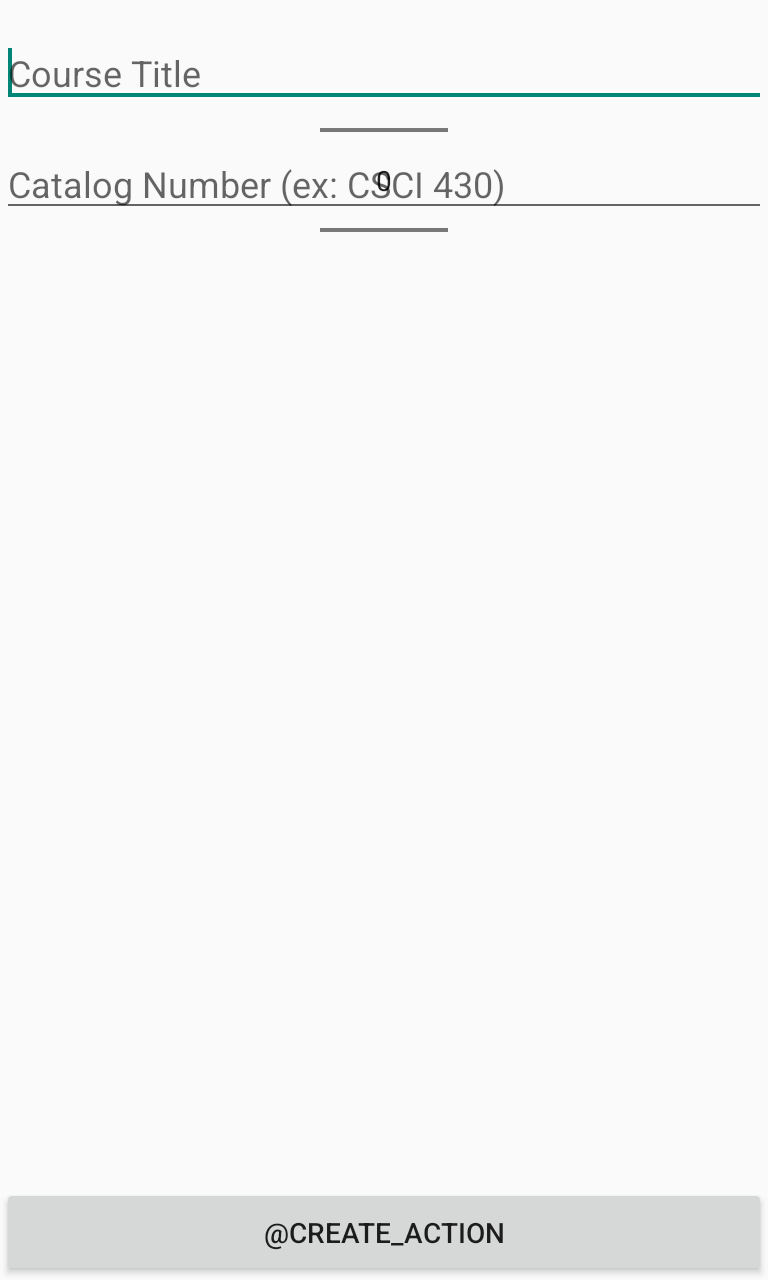
Repository: Jooms/Examples
Layout: CourseManager/res/layout/activity_main.xml
The author's editor kept a copy of each file at every save. The layout is drawn from the files as they stood at one save, then again after the next save.
It is drawn on a 768 x 1280 px phone screen (xhdpi) without system bars, with theme AppTheme; the app's code is not run.

Above is the layout before, as saved 2014-10-06 02:14:27.

### CourseManager/res/layout/activity_main.xml
<RelativeLayout xmlns:android="http://schemas.android.com/apk/res/android"
    xmlns:tools="http://schemas.android.com/tools"
    android:layout_width="match_parent"
    android:layout_height="match_parent"
    tools:context="${relativePackage}.${activityClass}" >

    <EditText
        android:id="@+id/editName"
        android:layout_width="wrap_content"
        android:layout_height="wrap_content"
        android:layout_alignParentLeft="true"
        android:layout_alignParentRight="true"
        android:layout_alignParentTop="true"
        android:layout_marginTop="14dp"
        android:ems="10"
        android:hint="Course Title" >

        <requestFocus />
    </EditText>

    <EditText
        android:id="@+id/editNumber"
        android:layout_width="wrap_content"
        android:layout_height="wrap_content"
        android:layout_alignLeft="@+id/editName"
        android:layout_alignParentRight="true"
        android:layout_below="@+id/editName"
        android:layout_marginTop="14dp"
        android:ems="10"
        android:hint="@string/catalog_hint" />

    <Button
        android:id="@+id/buttonCreate"
        android:layout_width="wrap_content"
        android:layout_height="wrap_content"
        android:layout_alignParentBottom="true"
        android:layout_alignParentLeft="true"
        android:layout_alignParentRight="true"
        android:onClick="buttonCreatePressed"
        android:text="@create_action" />


    <NumberPicker
        android:id="@+id/numPickCapacity"
        android:layout_width="wrap_content"
        android:layout_height="wrap_content"
        android:layout_below="@+id/numPickCapacity"
        android:layout_centerHorizontal="true"
        android:orientation="vertical" />

    <TextView
        android:id="@+id/textFeedback"
        android:layout_width="wrap_content"
        android:layout_height="wrap_content"
        android:layout_below="@+id/numPickCapacity"
        android:layout_marginTop="44dp"
        android:textAppearance="?android:attr/textAppearanceLarge"
        android:textColor="@android:color/holo_red_dark" />


</RelativeLayout>

### CourseManager/res/values/strings.xml
<?xml version="1.0" encoding="utf-8"?>
<resources>

    <string name="app_name">CourseManager</string>
    <string name="hello_world">Hello world!</string>
    <string name="create_action">Create Course</string>
    <string name="catalog_hint">Catalog Number (ex: CSCI 430)</string>

</resources>

Loaded but not shown: CourseManager/res/values/styles.xml (common file); CourseManager/res/values-v11/styles.xml (common file); CourseManager/res/values-v14/styles.xml (common file)

After the next save:
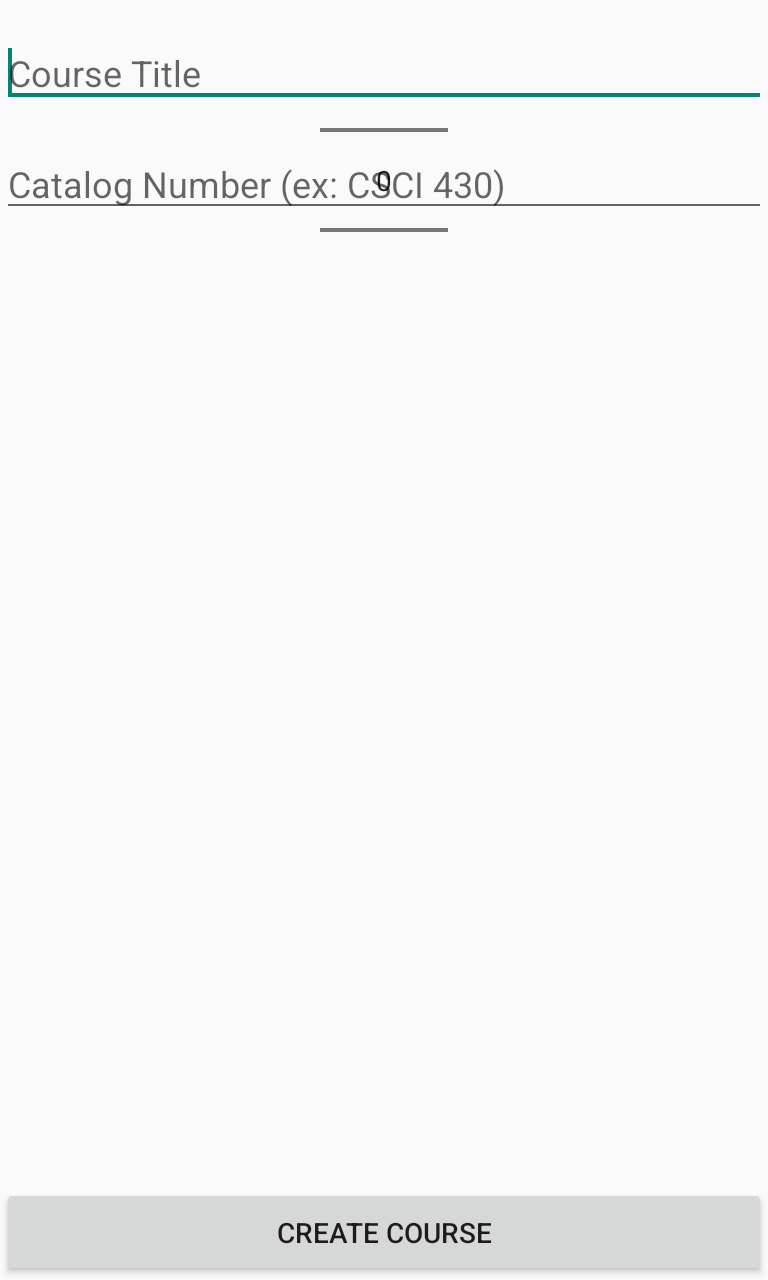
Saved 6 s later.
--- a/CourseManager/res/layout/activity_main.xml
+++ b/CourseManager/res/layout/activity_main.xml
@@ -37,7 +37,7 @@
         android:layout_alignParentLeft="true"
         android:layout_alignParentRight="true"
         android:onClick="buttonCreatePressed"
-        android:text="@create_action" />
+        android:text="@string/create_action" />
 
 
     <NumberPicker
